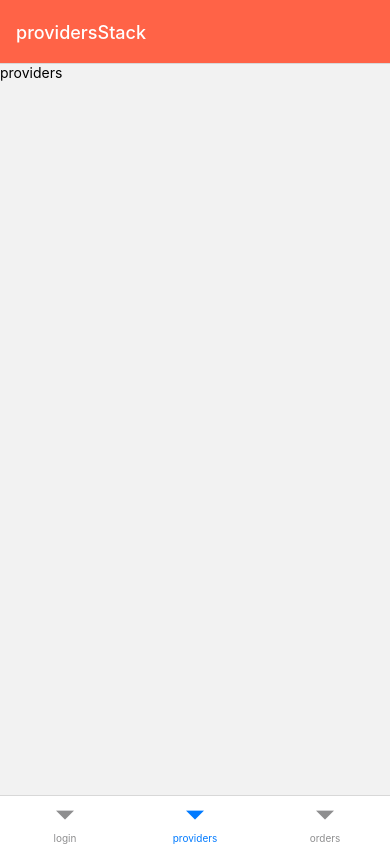
Repository: grownet-App/grownetAll
Screen: / (app in grownet-app/), after clicking the first element matching `div.r-transitionProperty-1i6wzkk`
An editor plug-in stored every save of this project. The screen is shown before and after the next save, followed by the edit.
The app was drawn by React Native's web renderer in a window 390 px wide. The project was rebuilt for these pictures with package versions that can differ from the ones it lists, and the page was loaded fresh each time. Also part of the build but not shown: grownet-app/screens/orders.js.

Above is the screen before, as saved 2023-07-07 19:32:09.

### grownet-app/App.js

import Navigation from './assets/navigation';
export default function App() {
  return (
    <Navigation/>
  );
}

### grownet-app/assets/navigation.js
import { Text, View } from 'react-native'
import React, { Component } from 'react'
import { createBottomTabNavigator } from '@react-navigation/bottom-tabs'
import { NavigationContainer } from '@react-navigation/native'
import orders from '../screens/orders'
import loginPage from '../screens/loginPage'
import providers from '../screens/providers'
import { createStackNavigator } from '@react-navigation/stack';

const Tab = createBottomTabNavigator();

const Stack = createStackNavigator();
function MyStack() {
    return (
        <Stack.Navigator
            initialRouteName="login"
            screenOptions={{
                headerMode: 'screen',
                headerTintColor: 'white',
                headerStyle: { backgroundColor: 'tomato' },
            }}
        >
            <Stack.Screen name="providersStack"
                component={providers}
                options={{
                    headerBackTitleVisible: false,
                }}
            />
            <Stack.Screen name="ordersStack" component={orders} />
        </Stack.Navigator>
    )
}

function MyTabs() {
    return (
        <Tab.Navigator
            initialRouteName='login'
        >
            <Tab.Screen name="login" component={loginPage}
                options={{
                    headerShown: false
                }}
            />
            <Tab.Screen
                name="providers"
                component={MyStack}
                options={{
                    headerShown: false
                }}
            />
            <Tab.Screen
                name="orders"
                component={MyStack}
                options={{
                    headerShown: false
                }}
            />
        </Tab.Navigator>
    )
}

export default function Navigation() {
    return (
        <NavigationContainer>
            <MyTabs />
        </NavigationContainer>
    )

}

### grownet-app/screens/loginPage.js
import { StatusBar } from 'expo-status-bar';
import { StyleSheet, Text, TextInput, View, Image, TouchableOpacity  } from 'react-native';
import { useNavigation } from '@react-navigation/native';
const loginPage = () => {
  const navigation = useNavigation();
  return (
    <View style={styles.container}>
      <Image
        style={styles.tinyLogo}
        source={require('../assets/logo.png')}
      />
      <Text style={styles.welcome}>Welcome</Text>
      <Text style={styles.p}>Let's start!</Text>
      <TextInput style={styles.textInput}
        placeholder='example@example.com'
        placeholderTextColor={'white'}
      />
      <TextInput style={styles.textInput}
        placeholder='Password'
        placeholderTextColor={'white'}
        secureTextEntry={true}
      />

      <TouchableOpacity style={styles.btnPrimary} onPress={() => navigation.navigate("providers")}><Text>Login</Text></TouchableOpacity>
      <StatusBar style="auto" />
    </View>
  );
}

const styles = StyleSheet.create({
  btnPrimary:{
    padding:16,
    backgroundColor: 'white',
    borderRadius: 16,
    width: "80%",

    alignItems: 'center',
  },
  container: {
    flex: 1,
    backgroundColor: '#026CD2',
    alignItems: 'center',
    paddingTop: 100
  },
  welcome: {
    color: 'white',
    fontSize: 36,
    fontWeight: 'bold',
    marginBottom: 12
  },
  p: {
    color: 'white',
    fontSize: 24,
    marginBottom: 36
  },
  tinyLogo: {
    width: 150,
    height: 150,
    marginBottom: 30
  },
  textInput: {
    borderWidth: 1,
    borderColor: 'white',
    width: '80%',
    padding: 16,
    marginBottom: 24,
    borderRadius: 30,
    color: 'white'
  }
});

export default loginPage;

### grownet-app/screens/providers.js
import { Text, View } from 'react-native'
import React, { Component } from 'react'
import { useNavigation } from '@react-navigation/native'


const providers = () => {
  const navigation = useNavigation();
    return (
      <View>
        <Text>providers</Text>
      </View>
    )

}

export default providers;

After the next save:
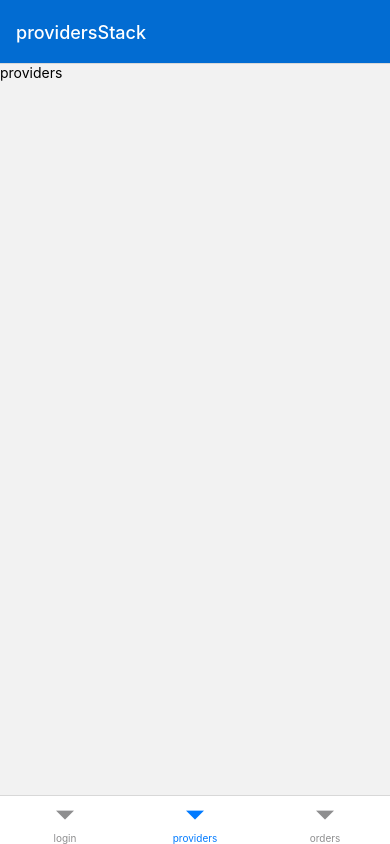
Saved 21 s later.
--- a/grownet-app/assets/navigation.js
+++ b/grownet-app/assets/navigation.js
@@ -17,7 +17,7 @@
             screenOptions={{
                 headerMode: 'screen',
                 headerTintColor: 'white',
-                headerStyle: { backgroundColor: 'tomato' },
+                headerStyle: { backgroundColor: '#026CD2' },
             }}
         >
             <Stack.Screen name="providersStack"
